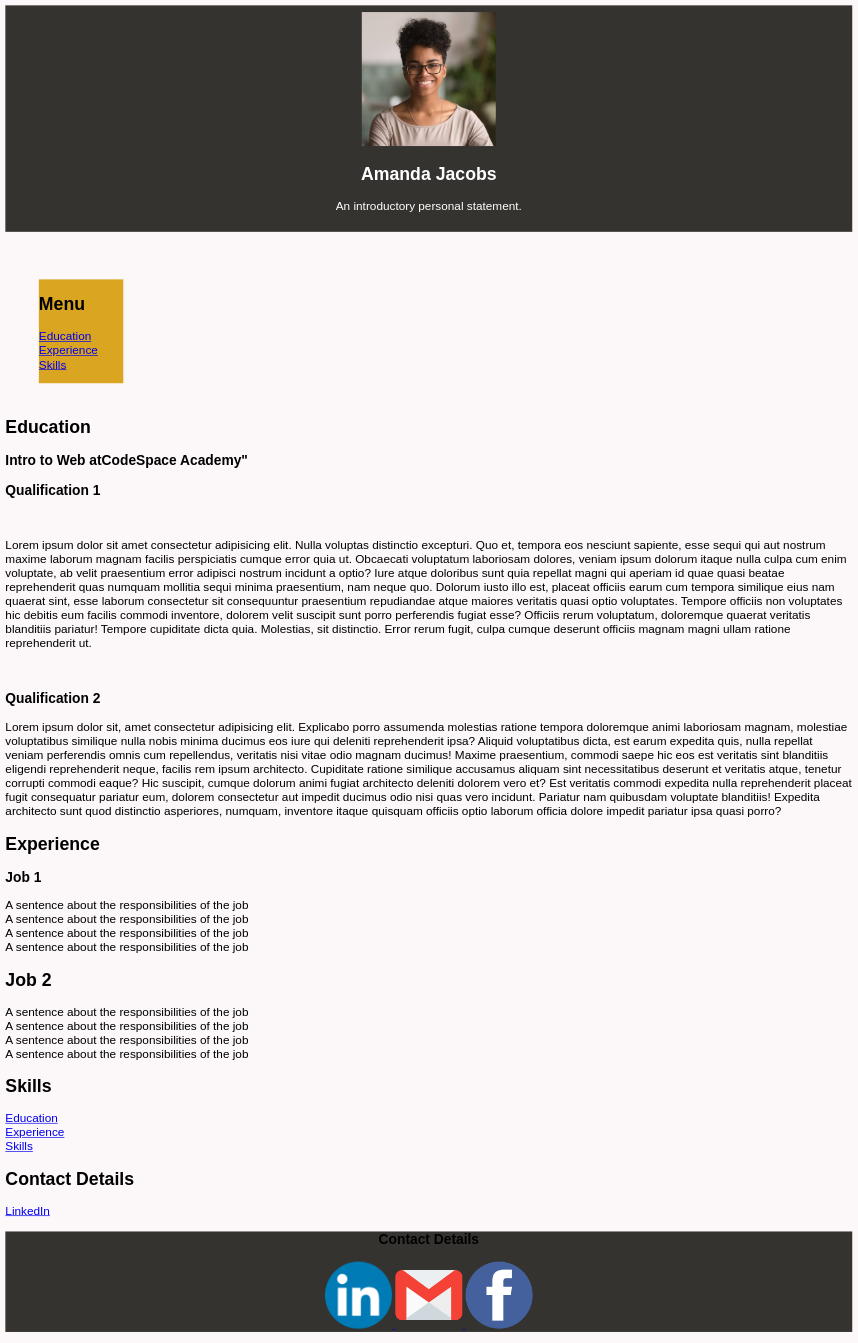
Repository: LeonardMhere/Resume-3
Page: resume `3/index.html
These files come from the project's save history. The page is drawn as it stood at one moment and after the next save; the edit follows.
The browser window is 1280 px wide. The pictures show the whole page, at 67% of full size.

Above is the page before, as saved 2023-03-23 09:43:41.

After the next save:
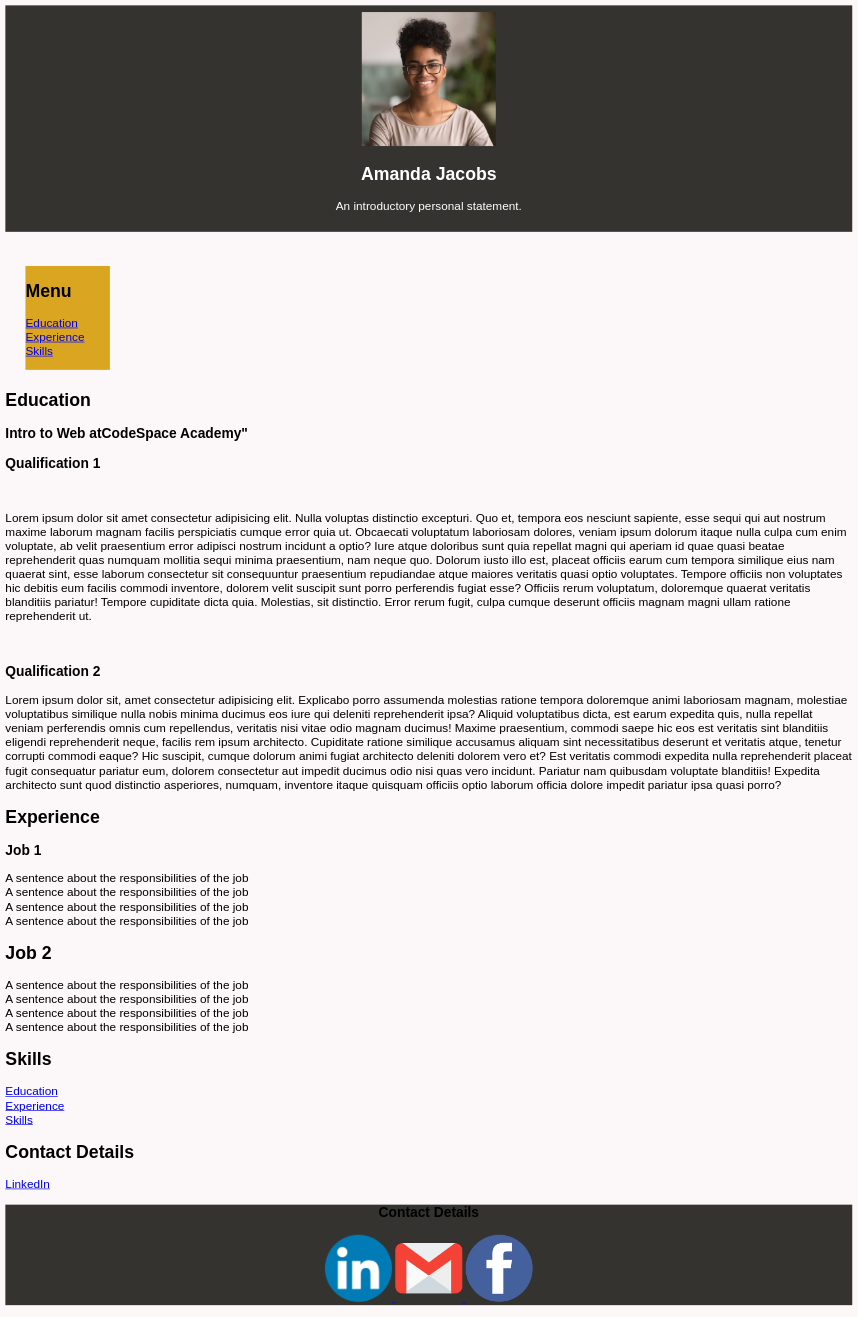
Saved 6 s later.
--- a/resume `3/css/stylesheet.css
+++ b/resume `3/css/stylesheet.css
@@ -21,7 +21,7 @@ header {
 
 .nav-menu{
     background-color:goldenrod;
-    margin: 50px;
+    margin: 30px;
     width: 10%;
     overflow: auto;
     background-color:
